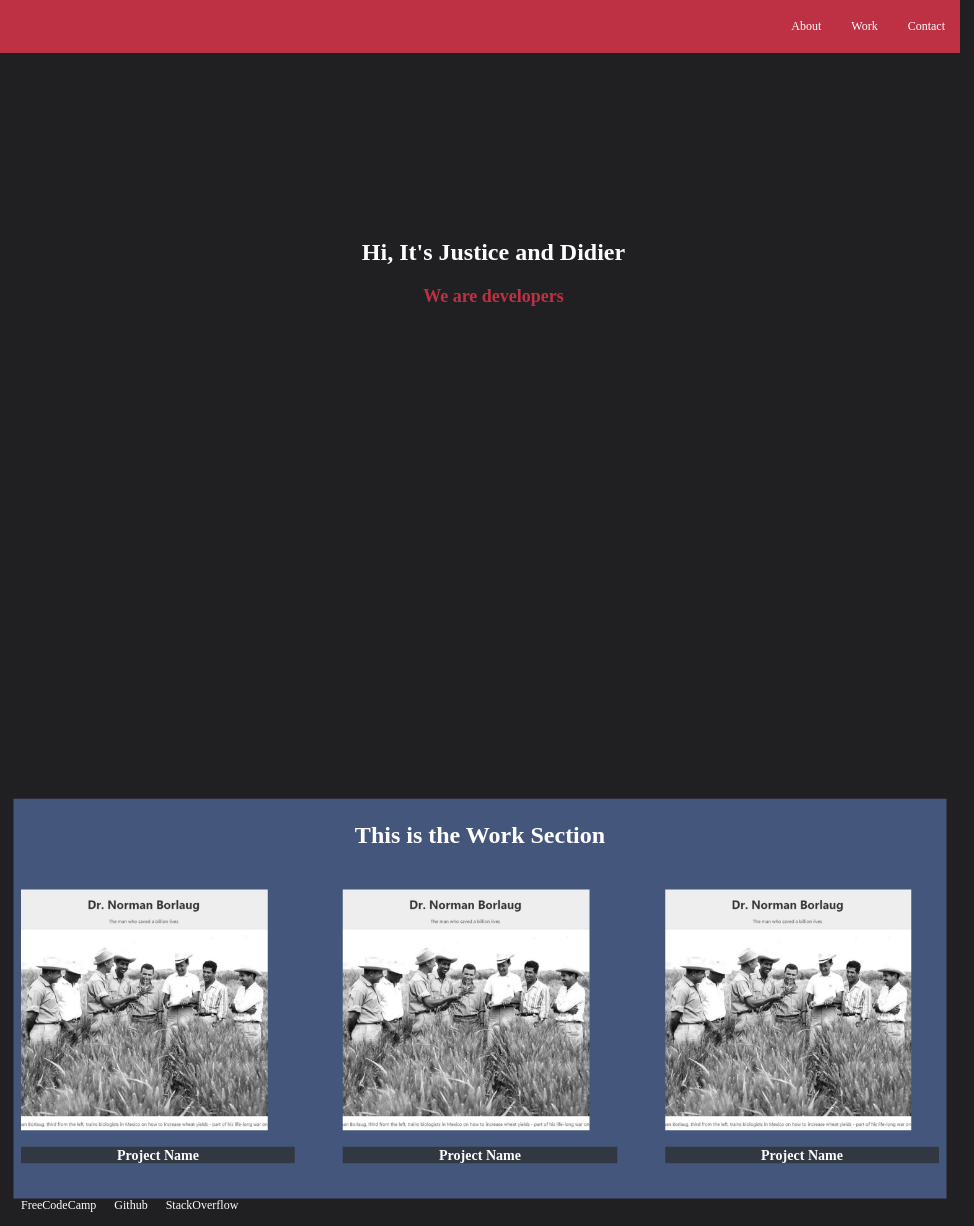
Repository: justicebhekani88/microverse_portfolio_project
Page: index.html
These files come from the project's save history. The page is drawn as it stood at one moment and after the next save; the edit follows.
The browser window is 1280 px wide. The page is 1298 px wide, so the pictures cover 1298 px, including what lies to the right of the window. The pictures show the whole page, at 75% of full size.

Above is the page before, as saved 2022-07-21 15:34:28.

### index.html
<!DOCTYPE html>
<html lang="en">

<head>
    <meta charset="UTF-8">
    <meta http-equiv="X-UA-Compatible" content="IE=edge">
    <meta name="viewport" content="width=device-width, initial-scale=1.0">
    <link rel="stylesheet" href="style.css">
    <title>Portfolio Project</title>
</head>

<body>
    <nav id="navbar">
        <ul id="nav-list">
            <li><a href="#welcome-section">About</a></li>
            <li><a href="#projects">Work</a></li>
            <li><a href="#contact">Contact</a></li>
        </ul>
    </nav>
    <div id="main">
        <section id="welcome-section">
            <div id="welcome-text">
                <h1>Hi, It's Justice and Didier</h1>
                <h2>We are developers</h2>
            </div>
        </section>
        <section id="projects">
            <h1 id="header">This is the Work Section</h1>
            <div id="projects-display">
            <div class="project-tile">
                <a href="">
                    <div>
                        <img src="project.png" alt="Project Image">
                        <h3 id="project-name">Project Name</h3>
                    </div>
                </a>
            </div>
            <div class="project-tile">
                <a href="">
                    <div>
                        <img src="project.png" alt="Project Image">
                        <h3 id="project-name">Project Name</h3>
                    </div>
                </a>
            </div>
            <div class="project-tile">
                <a href="">
                    <div>
                        <img src="project.png" alt="Project Image">
                        <h3 id="project-name">Project Name</h3>
                    </div>
                </a>
            </div>
            </div>
        </section>
        <section>
            <a href="#" id="profile-link" target="_blank">FreeCodeCamp</a>
            <a href="#" id="profile-link" target="_blank">Github</a>
            <a href="#" id="profile-link" target="_blank">StackOverflow</a>
        </section>
    </div>

</body>

</html>

### style.css
body {
    background-color: #202022;
    overflow-x: hidden;
}

nav {
    color: white;
    display: flex;
    justify-content: flex-end;
    position: fixed;
    top: 0;
    left: 0;
    width: 100%;
    background: #BE3043;
}

#nav-list {
    display: flex;
}

li,
a {
    list-style: none;
    color: white;
    padding: 10px;
    text-decoration: none;
}

#welcome-section {
    width: 100vw;
    height: 100vh;
}

h1 {
    color: white;
    font-size: 2rem;
    text-align: center;
}

h2 {
    color: #BE3043;
    font-size: 1.5rem;
}

h3 {
    text-align: center;
}

#header {
    padding-top: 30px;
}

#welcome-text {
    margin: 300px 30%;
    text-align: center;
}

#projects {
    background: #45567D;
    justify-content: center;
}

#project-name {
    background: #313841;
}

#projects-display {
    display: grid;
    grid-template-columns: repeat(auto-fit, minmax(320px, 1fr));
    grid-gap: 4rem;
    padding: 10px;
}

img {
    width: 90%
}

@media only screen and (min-width: 600px) {
    #main {
        padding: 10px;
    }
}

/* @media only screen and (min-width: 1280px) {
    #main {
        padding: 40px;
    }
    nav {
        font-size: larger;
    }
} */

After the next save:
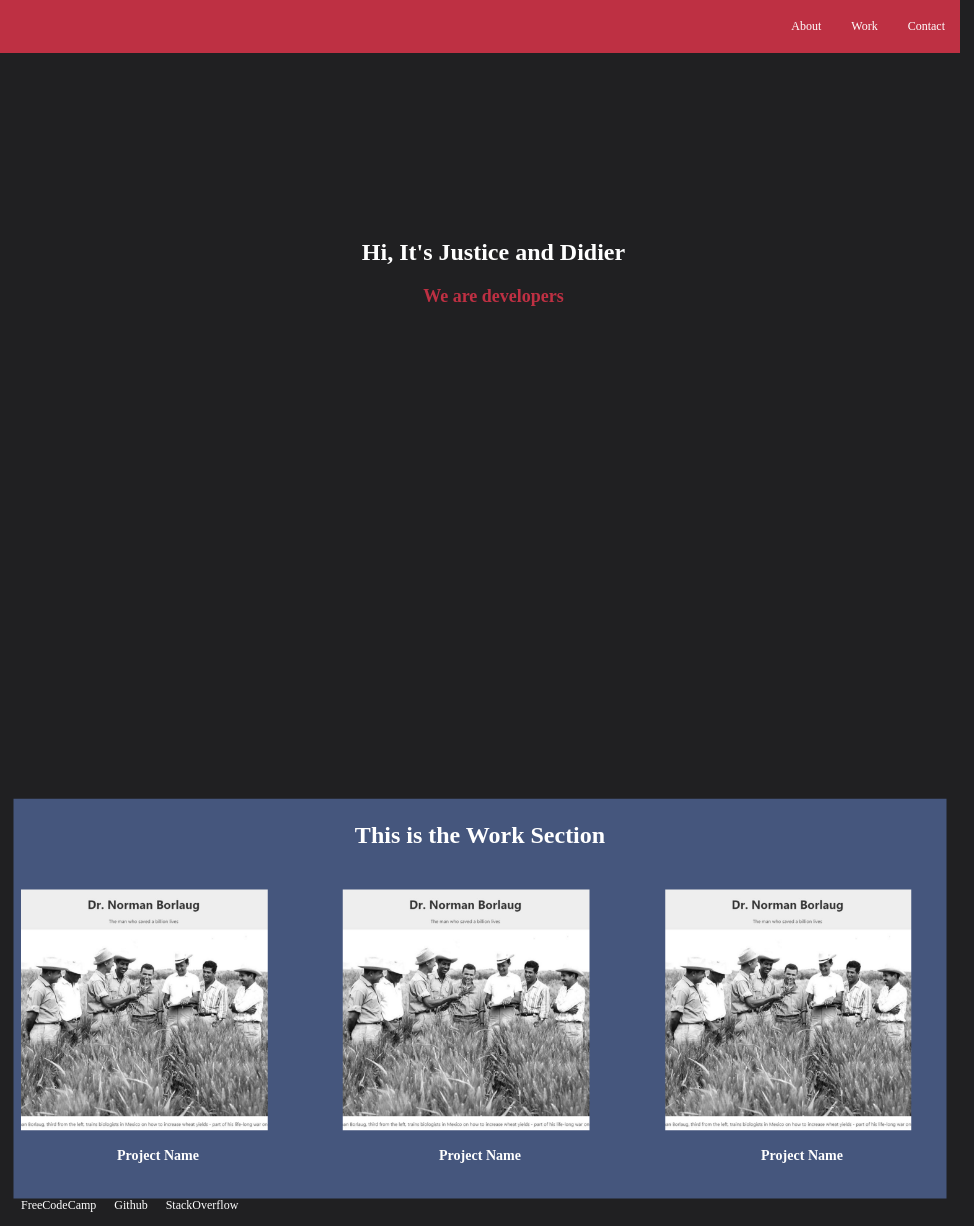
Saved 9 s later.
--- a/style.css
+++ b/style.css
@@ -60,9 +60,9 @@ h3 {
     justify-content: center;
 }
 
-#project-name {
+/* #project-name {
     background: #313841;
-}
+} */
 
 #projects-display {
     display: grid;
